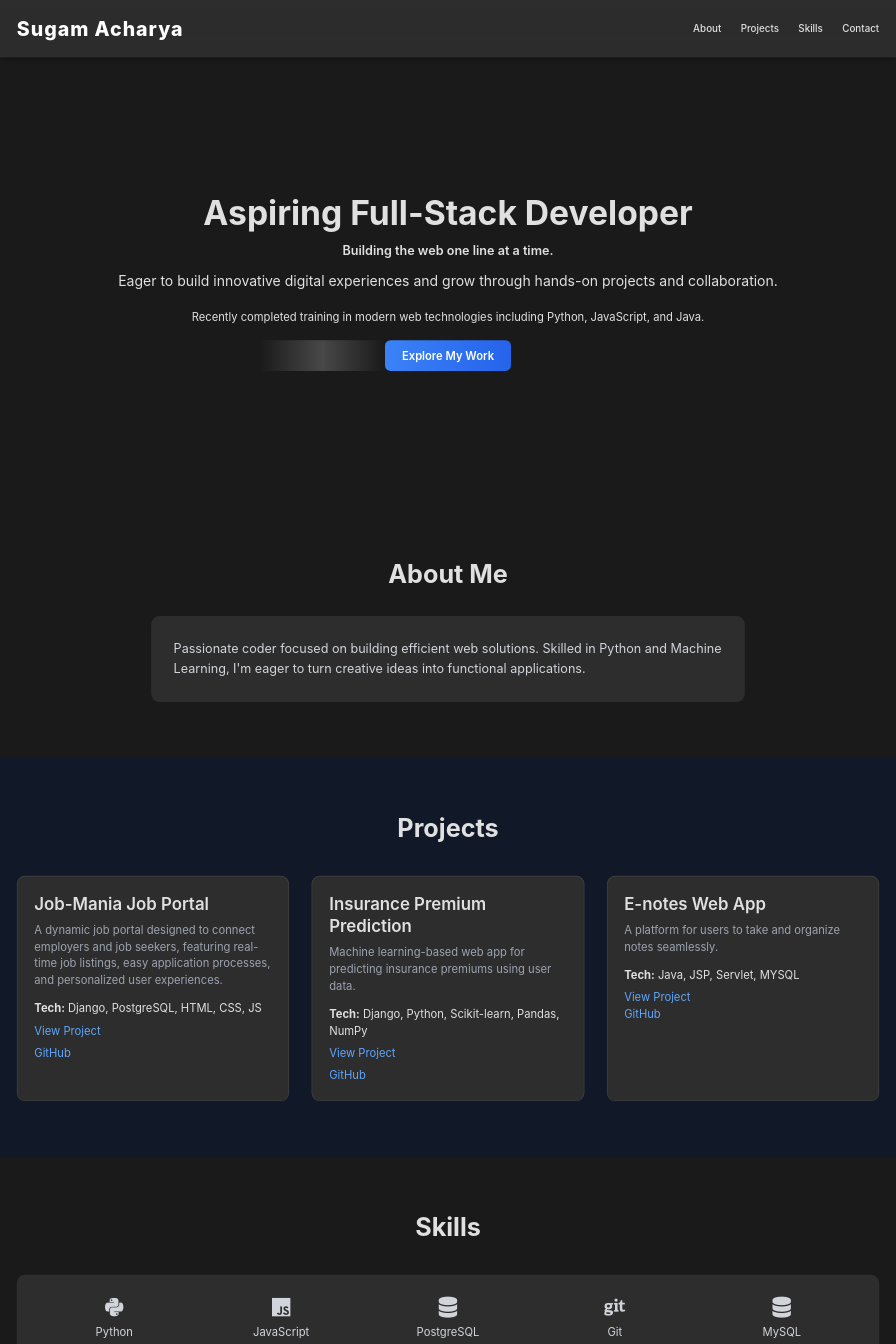
Repository: Sugaam0/Portfolio
Page: portfolio/home/templates/home/index.html
These files come from the project's save history. The page is drawn as it stood at one moment and after the next save; the edit follows.
The browser window is 1280 px wide. The pictures show the part of the page from y = 0 to 1920 px (the page is 2914 px tall), at 70% of full size.
The template is drawn by Django 5.2. The application's start-up code is not run. The template is opened directly, without the code that normally fills it, so the values that code supplies are empty.

Above is the page before, as saved 2025-05-08 17:52:37.

After the next save:
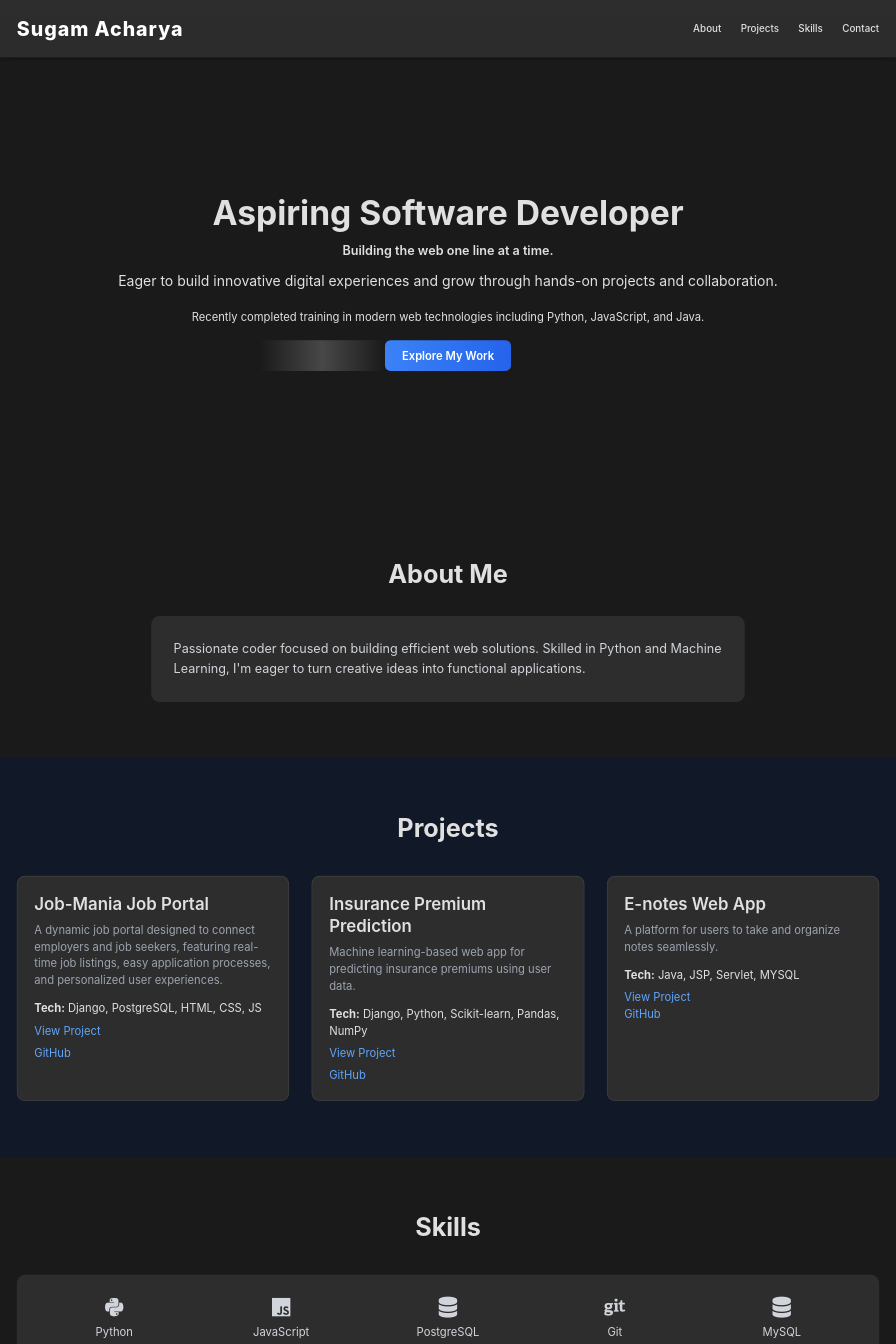
Saved 28 s later.
--- a/portfolio/home/templates/home/index.html
+++ b/portfolio/home/templates/home/index.html
@@ -15,7 +15,7 @@
 <!-- Hero Section -->
 <section id="home" class="min-h-screen flex items-center justify-center pt-20">
   <div class="container mx-auto px-6 text-center">
-    <h1 class="text-5xl font-bold mb-4">Aspiring Full-Stack Developer</h1>
+    <h1 class="text-5xl font-bold mb-4">Aspiring Software Developer</h1>
     <p class="text-lg text-accent mb-4">
       <span id="typed-text" class="font-semibold">Building the web one line at a time.</span>
     </p>
